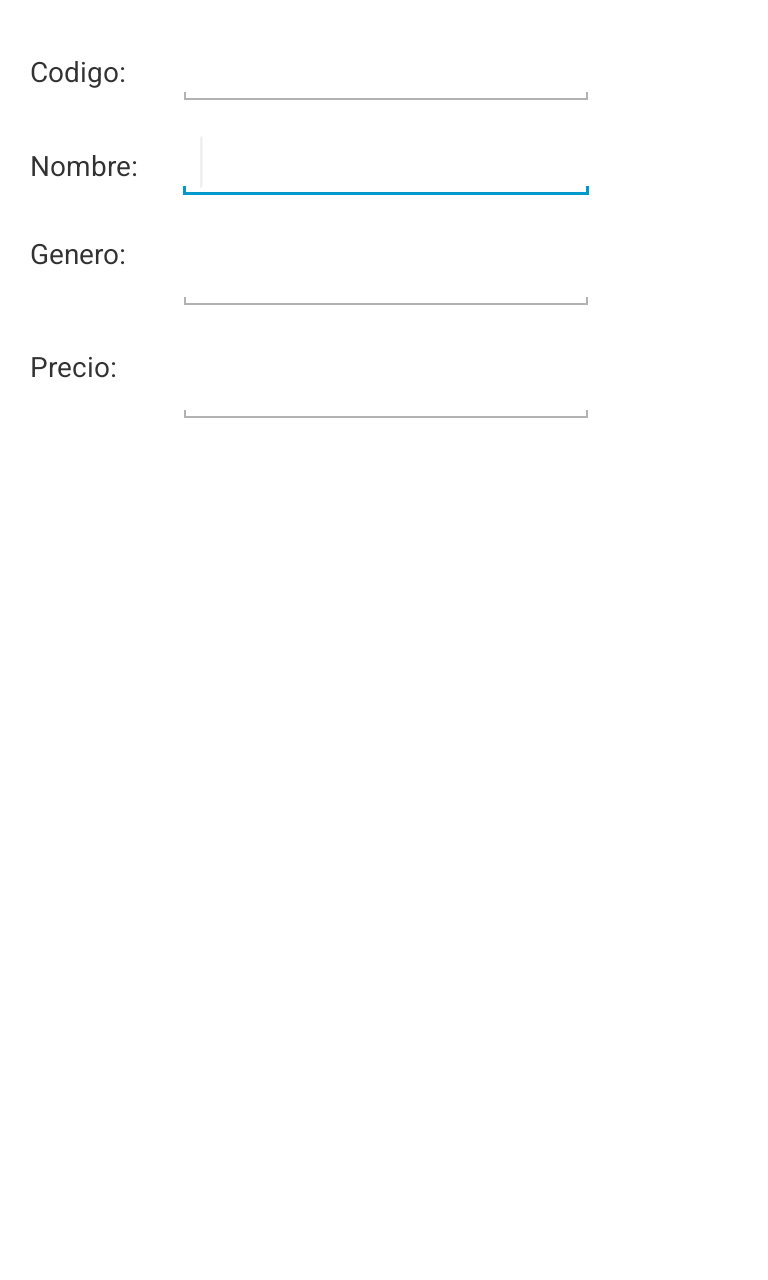
Repository: unknoman/javaAndroidDesempenos
Layout: parcial2h/res/layout/activity_main.xml
An editor plug-in stored every save of this project. The layout is shown before and after the next save, followed by the edit.
It is drawn on a 768 x 1280 px phone screen (xhdpi) without system bars, with theme AppTheme; the app's code is not run.

Above is the layout before, as saved 2022-06-16 06:22:03.

### parcial2h/res/layout/activity_main.xml
<RelativeLayout xmlns:android="http://schemas.android.com/apk/res/android"
    xmlns:tools="http://schemas.android.com/tools"
    android:layout_width="match_parent"
    android:layout_height="match_parent"
    tools:context=".MainActivity" >

    <TextView
        android:id="@+id/textView2"
        android:layout_width="wrap_content"
        android:layout_height="wrap_content"
        android:layout_alignParentLeft="true"
        android:layout_below="@+id/textView1"
        android:layout_marginLeft="15dp"
        android:layout_marginTop="28dp"
        android:text="Nombre:" />

    <TextView
        android:id="@+id/textView1"
        android:layout_width="wrap_content"
        android:layout_height="wrap_content"
        android:layout_alignLeft="@+id/textView2"
        android:layout_alignParentTop="true"
        android:layout_marginTop="26dp"
        android:text="Codigo:" />

    <TextView
        android:id="@+id/textView3"
        android:layout_width="wrap_content"
        android:layout_height="wrap_content"
        android:layout_alignRight="@+id/textView1"
        android:layout_below="@+id/textView2"
        android:layout_marginTop="25dp"
        android:text="Genero:" />

    <EditText
        android:id="@+id/et1"
        android:layout_width="wrap_content"
        android:layout_height="wrap_content"
        android:layout_alignBaseline="@+id/textView1"
        android:layout_alignBottom="@+id/textView1"
        android:layout_marginLeft="19dp"
        android:layout_toRightOf="@+id/textView2"
        android:ems="10"
        android:inputType="number" />

    <EditText
        android:id="@+id/et2"
        android:layout_width="wrap_content"
        android:layout_height="wrap_content"
        android:layout_alignBaseline="@+id/textView2"
        android:layout_alignBottom="@+id/textView2"
        android:layout_alignLeft="@+id/et1"
        android:ems="10" >

        <requestFocus />
    </EditText>

    <EditText
        android:id="@+id/et3"
        android:layout_width="wrap_content"
        android:layout_height="wrap_content"
        android:layout_alignLeft="@+id/et2"
        android:layout_alignTop="@+id/textView3"
        android:ems="10" />

    <EditText
        android:id="@+id/editText1"
        android:layout_width="wrap_content"
        android:layout_height="wrap_content"
        android:layout_alignLeft="@+id/et3"
        android:layout_alignTop="@+id/textView4"
        android:ems="10"
        android:inputType="numberDecimal" />

    <TextView
        android:id="@+id/textView4"
        android:layout_width="wrap_content"
        android:layout_height="wrap_content"
        android:layout_alignLeft="@+id/textView2"
        android:layout_below="@+id/et3"
        android:layout_marginTop="17dp"
        android:text="Precio:" />

</RelativeLayout>

Loaded but not shown: parcial2h/res/values/styles.xml (common file); parcial2h/res/values-v11/styles.xml (common file); parcial2h/res/values-v14/styles.xml (common file)

After the next save:
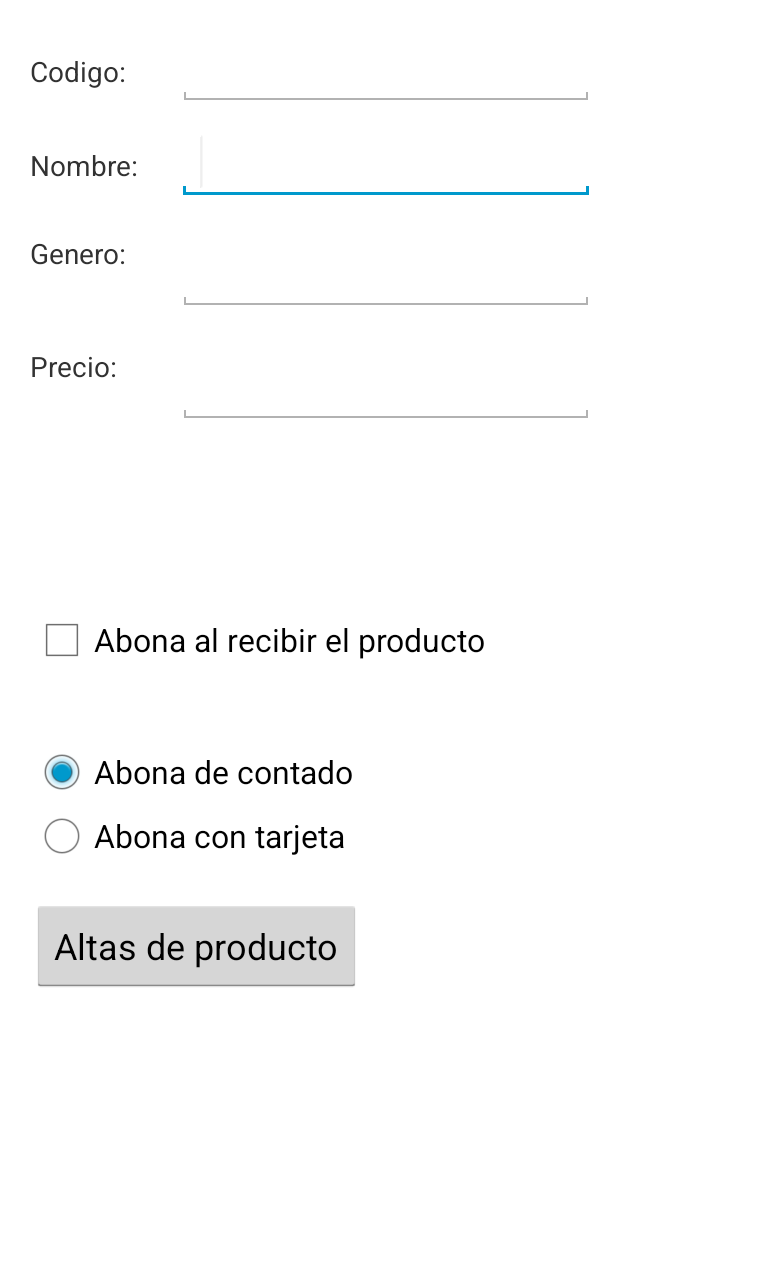
Saved 3 min 17 s later.
--- a/parcial2h/res/layout/activity_main.xml
+++ b/parcial2h/res/layout/activity_main.xml
@@ -64,7 +64,7 @@
         android:ems="10" />
 
     <EditText
-        android:id="@+id/editText1"
+        android:id="@+id/et4"
         android:layout_width="wrap_content"
         android:layout_height="wrap_content"
         android:layout_alignLeft="@+id/et3"
@@ -81,4 +81,44 @@
         android:layout_marginTop="17dp"
         android:text="Precio:" />
 
+    <CheckBox
+        android:id="@+id/cb1"
+        android:layout_width="wrap_content"
+        android:layout_height="wrap_content"
+        android:layout_alignLeft="@+id/textView4"
+        android:layout_centerVertical="true"
+        android:text="Abona al recibir el producto" />
+
+    <RadioGroup
+        android:id="@+id/radioGroup1"
+        android:layout_width="wrap_content"
+        android:layout_height="wrap_content"
+        android:layout_alignLeft="@+id/cb1"
+        android:layout_below="@+id/cb1"
+        android:layout_marginTop="34dp" >
+
+        <RadioButton
+            android:id="@+id/radio0"
+            android:layout_width="wrap_content"
+            android:layout_height="wrap_content"
+            android:checked="true"
+            android:text="Abona de contado" />
+
+        <RadioButton
+            android:id="@+id/radio1"
+            android:layout_width="wrap_content"
+            android:layout_height="wrap_content"
+            android:text="Abona con tarjeta" />
+    </RadioGroup>
+
+    <Button
+        android:id="@+id/button1"
+        android:layout_width="wrap_content"
+        android:layout_height="wrap_content"
+        android:layout_alignLeft="@+id/radioGroup1"
+        android:layout_below="@+id/radioGroup1"
+        android:layout_marginTop="15dp"
+        android:minWidth="64dp"
+        android:text="Altas de producto" />
+
 </RelativeLayout>
